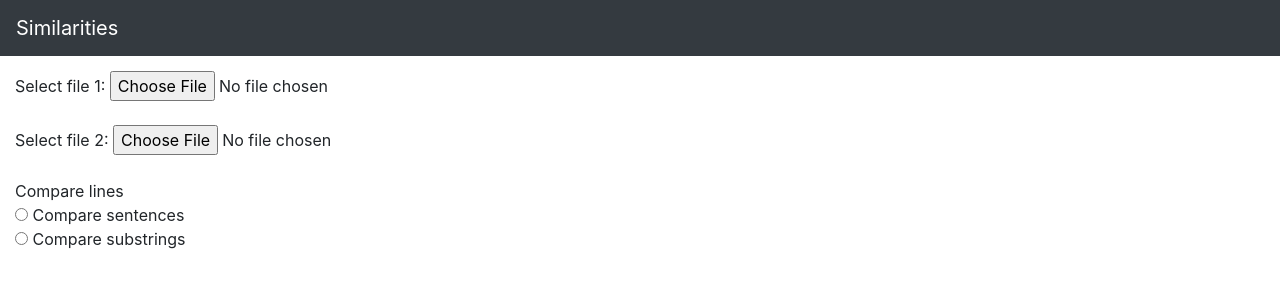
Repository: veeSauce/cs50
Page: http://localhost/
The author's editor kept a record of every edit. The page is drawn from the files as they stood at one moment, then again after the next edit.
The browser window is 1280 px wide. The pictures show the whole page.
Some web libraries are served in a nearby version. The page is served by the project's application, run on Flask 3 (pset7/similarities/application.py). Other server files are loaded and not shown.

Above is the page before.

### pset7/similarities/templates/index.html
{% extends "layout.html" %}

{% block body %}

    <div class="col">
        <form action="/compare" enctype="multipart/form-data" method="post">

        Select file 1: <input type="file" name="file1"><br><br>
        Select file 2: <input type="file" name="myFile"><br><br

        <input type="radio" name="lines" value="male"> Compare lines<br>
        <input type="radio" name="sentences" value="female"> Compare sentences<br>
        <input type="radio" name="substrings" value="other"> Compare substrings
        </form>
    </div>

{% endblock %}

### pset7/similarities/templates/layout.html
<!DOCTYPE html>

<html lang="en">
    <head>

        <!-- Required meta tags -->
        <meta charset="utf-8"/>
        <meta name="viewport" content="width=device-width, initial-scale=1, shrink-to-fit=no"/>

        <!-- Bootstrap CSS -->
        <link href="https://maxcdn.bootstrapcdn.com/bootstrap/4.0.0-beta/css/bootstrap.min.css" rel="stylesheet"/>

        <link href="/static/styles.css" rel="stylesheet"/>

        <title>Similarities</title>

    </head>
    <body>

        <nav class="navbar fixed-top navbar-dark bg-dark">
            <a class="navbar-brand" href="/">Similarities</a>
        </nav>

        <div class="container-fluid">
            <div class="row">
                {% block body %}{% endblock %}
            </div>
        </div>

        <!-- Optional JavaScript -->
        <script src="https://code.jquery.com/jquery-3.2.1.slim.min.js"></script>
        <script src="https://cdnjs.cloudflare.com/ajax/libs/popper.js/1.11.0/umd/popper.min.js"></script>
        <script src="https://maxcdn.bootstrapcdn.com/bootstrap/4.0.0-beta/js/bootstrap.min.js"></script>

    </body>
</html>

Loaded but not shown: pset7/similarities/application.py (common file); pset7/similarities/static/styles.css (common file)

After the next edit:
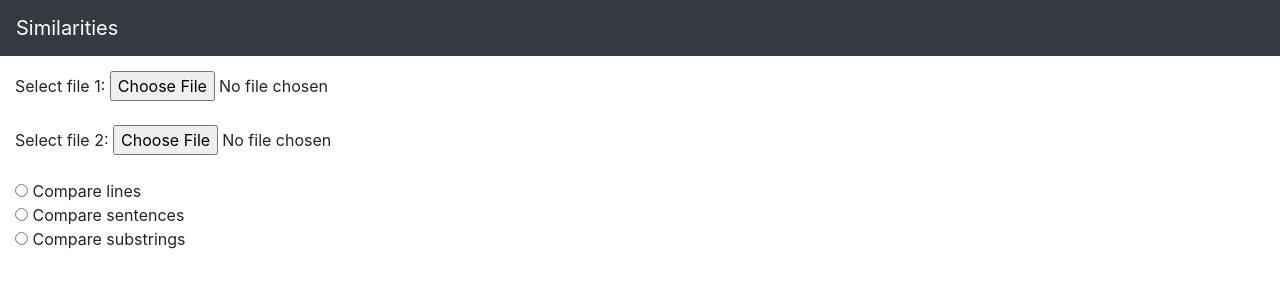
The edit:
--- a/pset7/similarities/templates/index.html
+++ b/pset7/similarities/templates/index.html
@@ -6,7 +6,7 @@
         <form action="/compare" enctype="multipart/form-data" method="post">
 
         Select file 1: <input type="file" name="file1"><br><br>
-        Select file 2: <input type="file" name="myFile"><br><br
+        Select file 2: <input type="file" name="myFile"><br><br>
 
         <input type="radio" name="lines" value="male"> Compare lines<br>
         <input type="radio" name="sentences" value="female"> Compare sentences<br>
